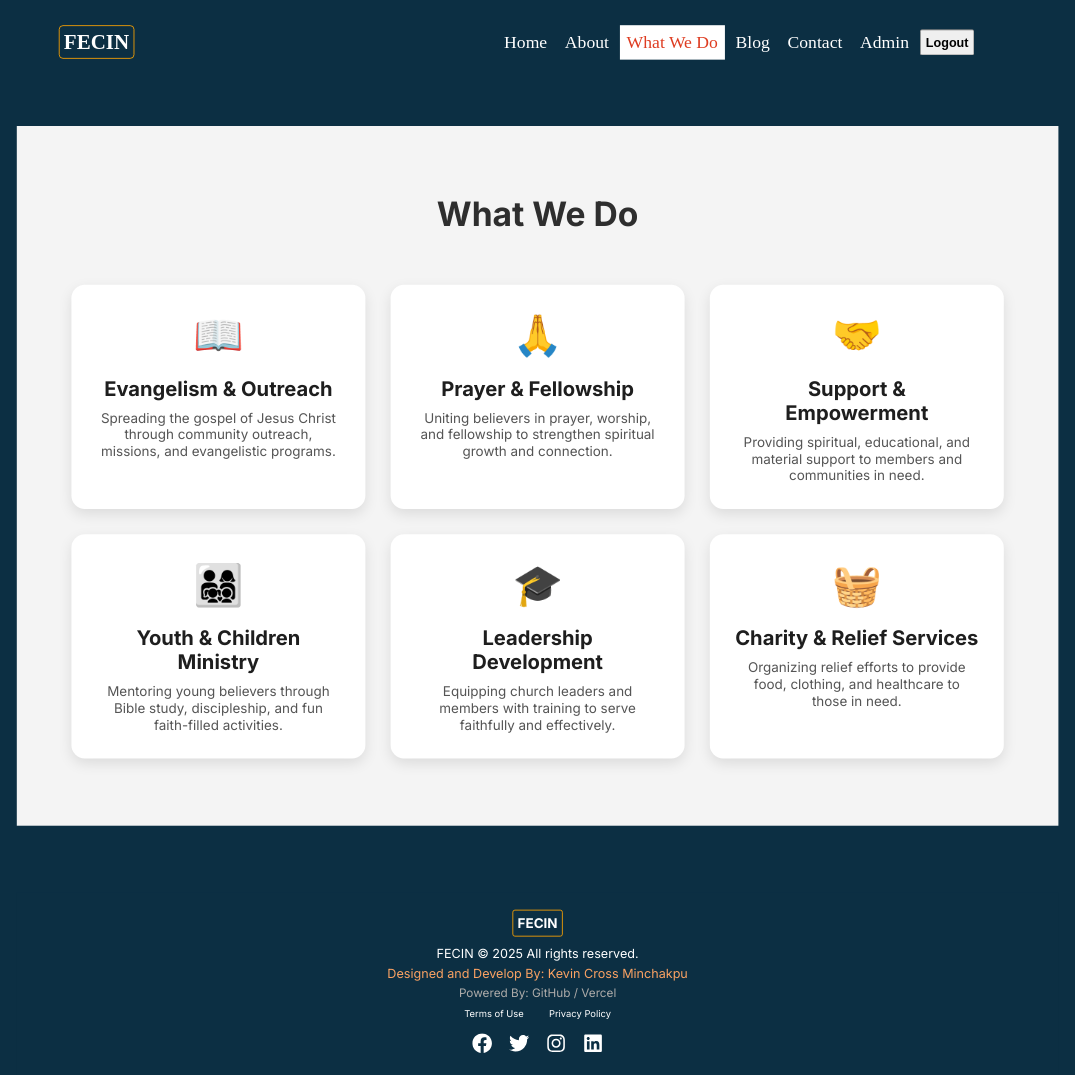
Repository: KCMinchakpu/fecin-projectgs497
Page: /whatwedo
These files come from the project's save history. The page is drawn as it stood at one moment and after the next save; the edit follows.
The browser window is 1280 px wide. The pictures show the whole page, at 84% of full size.
The project was rebuilt for these pictures with package versions that can differ from the ones it lists, and the page was loaded fresh each time. The framework's server and built-in components were replaced by stand-ins that run in the browser. Also part of the build but not shown: next.config.mjs.

Above is the page before, as saved 2025-04-05 17:15:24.

### src/app/layout.js
import {Inter} from "next/font/google";
import "./globals.css";
import Navbar from "@/components/navbar/Navbar";
import Footer from "@/components/footer/Footer";

const inter = Inter({ subsets: ["latin"]});

export const metadata = {
  title: "FECIN Bible Translation Project",
  description: "This is the official FECIN Bible Translation Project",
};

export default function RootLayout({ children }) {
  return (
    <html lang="en">
      <body className={inter.className}>
        <div className="container">
        <Navbar />
        {children}
        <Footer />
        </div>
      </body>
    </html>
  );
}

### src/app/whatwedo/page.jsx
import React from 'react';
import styles from './WhatWeDoPage.module.css';

const services = [
  {
    title: 'Evangelism & Outreach',
    description:
      'Spreading the gospel of Jesus Christ through community outreach, missions, and evangelistic programs.',
    icon: '📖',
  },
  {
    title: 'Prayer & Fellowship',
    description:
      'Uniting believers in prayer, worship, and fellowship to strengthen spiritual growth and connection.',
    icon: '🙏',
  },
  {
    title: 'Support & Empowerment',
    description:
      'Providing spiritual, educational, and material support to members and communities in need.',
    icon: '🤝',
  },
  {
    title: 'Youth & Children Ministry',
    description:
      'Mentoring young believers through Bible study, discipleship, and fun faith-filled activities.',
    icon: '👨‍👩‍👧‍👦',
  },
  {
    title: 'Leadership Development',
    description:
      'Equipping church leaders and members with training to serve faithfully and effectively.',
    icon: '🎓',
  },
  {
    title: 'Charity & Relief Services',
    description:
      'Organizing relief efforts to provide food, clothing, and healthcare to those in need.',
    icon: '🧺',
  },
];

const WhatWeDoPage = () => {
  return (
    <section className={styles.section}>
      <div className={styles.container}>
        <h2 className={styles.heading}>What We Do</h2>
        <div className={styles.cardGrid}>
          {services.map((service, index) => (
            <div key={index} className={styles.card}>
              <div className={styles.icon}>{service.icon}</div>
              <h3 className={styles.title}>{service.title}</h3>
              <p className={styles.description}>{service.description}</p>
            </div>
          ))}
        </div>
      </div>
    </section>
  );
};

export default WhatWeDoPage;

### src/app/globals.css
:root {
    --bg: #0c2f43;
    --text: white;
    --bgSoft: #091f2c;
    --textSoft: rgb(237, 232, 232);
    --btn: #de3c21;
    --bgWhite: white;
    --textGray: #444444;
}

/* Box sizing rules */
* {
    box-sizing: border-box;
    margin:0;
    padding: 0;
  }

/* Set core body defaults */
body {
    background-color: var(--bgWhite);
    color: var(--text);
  }

a {
    color: inherit;
    text-decoration: none;
}

.container {
  background-color: var(--bg);
  width: 100%; /* Default for small screens */
  margin: auto;
  padding-left: 20px;
  padding-right: 20px;
  min-height: 120vh;
  display: flex;
  flex-direction: column;
  justify-content: space-between;
}

### src/components/navbar/Navbar.jsx
import React from 'react';
import Link from 'next/link';
import Links from "./links/Links";
import styles from "./navbar.module.css";

const Navbar = () => {
  return (
    <div className={styles.container}>
      <Link href="/" className={styles.logo}>FECIN</Link>
      <div>
        <Links />
      </div>
    </div>
  );
};

export default Navbar;

### src/components/footer/Footer.jsx
import React from 'react';
import styles from './footer.module.css';
import { FaFacebook, FaTwitter, FaInstagram, FaLinkedin } from 'react-icons/fa';

const Footer = () => {
  return (
    <div className={styles.container}>
      <div className={styles.logo}>
        {/* You can add a logo image here if needed */}
        <h2>FECIN</h2>
      </div>
      <div>
        <p className={styles.text}>FECIN © 2025 All rights reserved.</p>
        <p className={styles.author}>
          <a href="https://www.linkedin.com/in/kevin-cross-minchakpu-7897379a" target="_blank">Designed and Develop By: Kevin Cross Minchakpu</a>
          </p>
        <p className={styles.company}>
          <a href="https://octatesystems.github.io/OSNigeria/">Powered By: GitHub / Vercel</a>
          </p>
      </div>
      <div className={styles.links}>
        <a href="/terms" className={styles.link}>Terms of Use</a>
        <a href="/privacy" className={styles.link}>Privacy Policy</a>
      </div>
      <div className={styles.socialIcons}>
        <a href="https://facebook.com" target="_blank" rel="noopener noreferrer" className={styles.icon}>
          <FaFacebook />
        </a>
        <a href="https://twitter.com" target="_blank" rel="noopener noreferrer" className={styles.icon}>
          <FaTwitter />
        </a>
        <a href="https://instagram.com" target="_blank" rel="noopener noreferrer" className={styles.icon}>
          <FaInstagram />
        </a>
        <a href="https://linkedin.com" target="_blank" rel="noopener noreferrer" className={styles.icon}>
          <FaLinkedin />
        </a>
      </div>
    </div>
  );
};

export default Footer;

### src/app/whatwedo/WhatWeDoPage.module.css
.section {
    background-color: #f4f4f4;
    padding: 80px 20px;
    min-height: 100vh;
    margin-top: 50px;
    margin-bottom: 80px;
  }

  .container {
    max-width: 1200px;
    margin: 0 auto;
  }

  .heading {
    text-align: center;
    font-size: 2.5rem;
    margin-bottom: 60px;
    color: #2e2e2e;
  }

  .cardGrid {
    display: flex;
    gap: 30px;
    flex-wrap: wrap;
    justify-content: center;
  }

  .card {
    background: white;
    border-radius: 16px;
    padding: 30px;
    flex: 1 1 300px;
    max-width: 350px;
    box-shadow: 0 6px 16px rgba(0, 0, 0, 0.1);
    text-align: center;
    transition: transform 0.3s ease, box-shadow 0.3s ease;
  }

  .card:hover {
    transform: translateY(-5px);
    box-shadow: 0 10px 20px rgba(0, 0, 0, 0.15);
  }

  .icon {
    font-size: 3rem;
    margin-bottom: 20px;
  }

  .title {
    font-size: 1.5rem;
    margin-bottom: 10px;
    color: #1e1e1e;
  }

  .description {
    color: #555;
    font-size: 1rem;
  }

### src/components/navbar/links/Links.jsx
"use client"

import React from "react";
import {useState} from  "react";
import Image from 'next/image';
import NavLink from "../navLink/NavLink";
import styles from "./links.module.css";


const links = [
  { title: "Home", path: "/" },
  { title: "About", path: "/about" },
  { title: "What We Do", path: "/whatwedo" },
  { title: "Blog", path: "/blog" },
  { title: "Contact", path: "/contact" },
];

const Links = () => {
  const [open,setOpen] = useState(false)

  //Temporary
  const session = true
  const isAdmin = true

  return (
    <div className={styles.container}>
    <div className={styles.links}>
      {links.map((link) => (
        <NavLink item={link} key={link.title} />
      ))}
      {session ? (
          <>
          {isAdmin && <NavLink item={{title: "Admin", path: "/admin"}} />}
         <button className={styles.logout}>Logout</button>
         </>
        ) : (
          <NavLink item={{title: "Login", path: "/login"}} />
        )
      }
      </div>
      <Image
      className={styles.menuButton}
      src="/menu.png"
      alt="Hamburger menu"
      width={30}
      height={30} onClick={() => setOpen((prev) => !prev)}
      />

      {open && ( <div className={styles.mobileLinks}>
          {links.map((link) => (
        <NavLink item={link} key={link.title} />
      ))}
    </div>
)}
</div>
  );
};

export default Links;

### src/components/navbar/navbar.module.css
.container {
    height: 100px;
    display: flex;
    align-items: center;
    justify-content: space-between;
}

.logo {
    font-size: 25px;
    font-weight: bold;
    font-family: "Play", serif;
    font-weight: 700;
    font-style: normal;
    border: 1.5px solid orange;
    padding: 5px;
    border-radius: 5px;
    margin-left: 50px;
}

### src/components/footer/footer.module.css
/* Footer Container */
.container {
    background-color: var(--bg);
    color: white;
    display: flex;
    flex-direction: column;
    align-items: center;
    justify-content: space-between;
    padding: 20px;
    text-align: center;
  }

  .logo h2 {
    font-size: 1rem;
    margin-bottom: 10px;
    border: 1px solid orange;
    padding: 5px;
    border-radius: 3px;
  }

  .text {
    margin-bottom: 5px;
    font-size: 15px;

  }
  .author {
    margin-bottom: 5px;
    font-size: 15px;
    color: rgb(250, 162, 99);
  }

  .company {
    margin-bottom: 5px;
    font-size: 14px;
    color: rgb(174, 172, 170);
  }

  .author:hover {
    text-decoration: underline;
  }

  .company:hover {
    text-decoration: underline;
  }

  .links {
    margin-bottom: 15px;
  }

  .link {
    color: white;
    margin: 0 15px;
    text-decoration: none;
    font-size: 0.7rem;
  }

  .link:hover {
    text-decoration: underline;
  }

  .socialIcons {
    display: flex;
    justify-content: center;
    gap: 20px;
  }

  .icon {
    font-size: 1.5rem;
    color: white;
    transition: color 0.3s ease;
  }

  .icon:hover {
    color: #0070f3;
  }


  @media (min-width: 768px) {
    .container {
      flex-direction: column;
      align-items: center;
      justify-content: space-around;
    }
  }

### src/components/navbar/navLink/navLink.jsx
"use client";

import React from "react";
import Link from "next/link";
import { usePathname } from "next/navigation";
import styles from "./navLink.module.css";

const NavLink = ({ item }) => {
  const pathName = usePathname();
  return (
    <Link
      href={item.path}
      className={`${styles.container} ${
        pathName === item.path ? styles.active : ""
      }`}
    >
      {item.title}
    </Link>
  );
};

export default NavLink;

### src/components/navbar/links/links.module.css
.links {
    display: flex;
    align-items: center;
    gap: 5px;
    font-family: "Play", serif;
    font-style: normal;
    margin-right: 100px;
    font-size: 21px;
}

.logout {
    padding: 5px;
    cursor: pointer;
    font-weight: bold;
    font-size: 15px;
}

.menuButton,
.mobileLinks {
   display: none;
  }

  @media (max-width: 480px){
    .links {
        display: none;
    }

    .menuButton {
        display: block;
        cursor: pointer;
      }

    .mobileLinks {
        position: absolute;
        top: 100px;
        right: 0;
        width: 50%;
        height: calc(100vh-100px);
        /*background-color: var(--bg);*/
       background-color: brown;
        display: flex;
        flex-direction: column;
        align-items: center;
        justify-content: center;
        gap: 10px;
      }
  }

### src/components/navbar/navLink/navLink.module.css
.container {
    padding: 8px;
    text-align: center;


}

.active {
    background-color: var(--text);
    color: var(--btn);
}

After the next save:
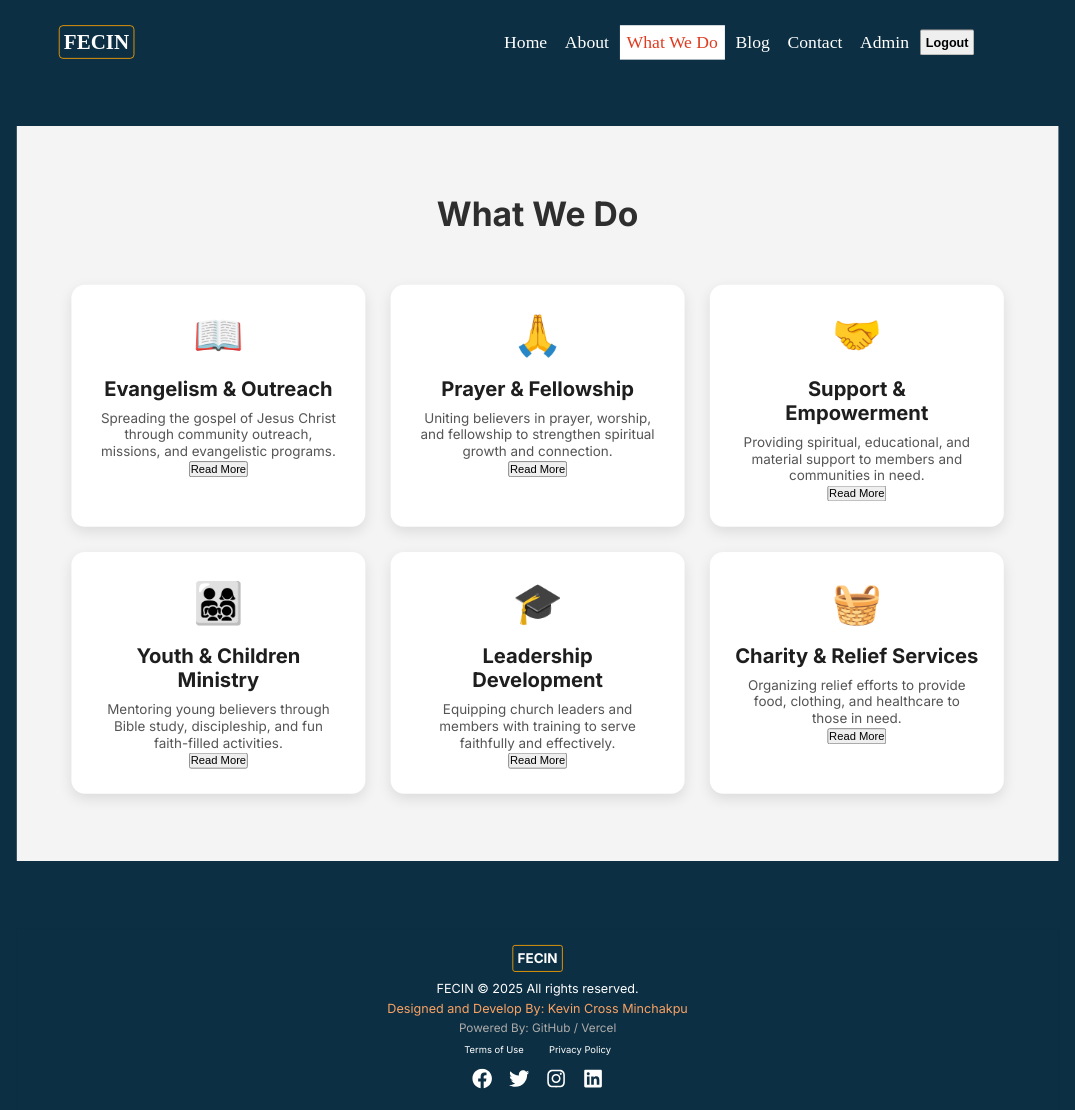
Saved 97 s later.
--- a/src/app/whatwedo/page.jsx
+++ b/src/app/whatwedo/page.jsx
@@ -51,6 +51,7 @@ const WhatWeDoPage = () => {
               <div className={styles.icon}>{service.icon}</div>
               <h3 className={styles.title}>{service.title}</h3>
               <p className={styles.description}>{service.description}</p>
+              <button className={styles.button}>Read More</button>
             </div>
           ))}
         </div>
